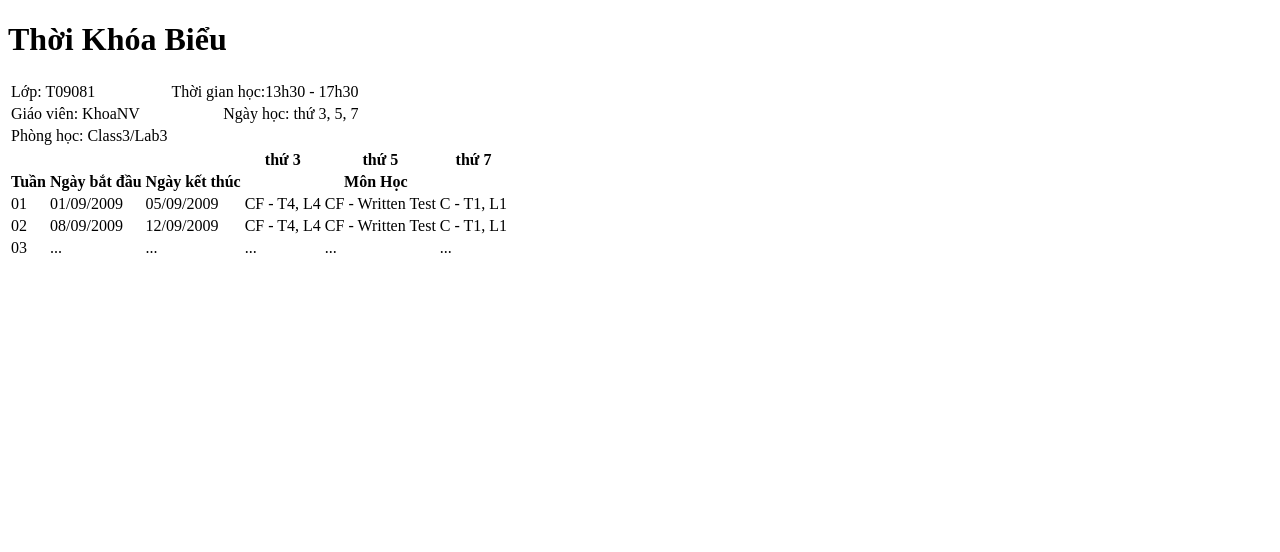
Repository: Lehuyhuynh/BT1-HTML
Page: index.html
The author's editor kept a copy of each file at every save. The page is drawn from the files as they stood at one save, then again after the next save.
The browser window is 1280 px wide. The pictures show the whole page.

Above is the page before, as saved 2023-08-06 20:57:57.
Not found: style.css

### index.html
<!-- <!DOCTYPE html>
<html lang="en">
<head>
  <meta charset="UTF-8">
  <meta name="viewport" content="width=device-width, initial-scale=1.0">
  <title>Document</title>
</head>
<body>
  <table border="1">
    <caption style="caption-side: top">ĐƠN HÀNG</caption>
    <thead>
        <tr>
            <th>STT</th>
            <th>Mặt hàng</th>
            <th>Đơn giá</th>
            <th>Số lượng</th>
            <th>Thành tiền</th>
            <th>Ghi chú</th>
        </tr>
    </thead>
    <tr>
        <td>1</td>
        <td>Mặt hàng A</td>
        <td>1000</td>
        <td>1</td>
        <td>1000</td>
        <td></td>
    </tr>
    <tr>
        <td>2</td>
        <td>Mặt hàng B</td>
        <td>2000</td>
        <td>2</td>
        <td>4000</td>
        <td></td>
    </tr>
    <tfoot>
        <tr>
            <th colspan="4">Thành tiền đơn hàng</th>
            <th colspan="2">4000</th>

        </tr>
    </tfoot>
</table>
</body>
</html> -->
<!DOCTYPE html>
<html lang="en">
<head>
    <meta charset="UTF-8">
    <meta name="viewport" content="width=device-width, initial-scale=1.0">
    <title>Thời khóa biểu</title>
    <link rel="stylesheet" href="style.css">


</head>
<body>

  <style>

<!DOCTYPE html>
<html lang="en">
<head>
    <meta charset="UTF-8">
    <meta name="viewport" content="width=device-width, initial-scale=1.0">
    <title>Thời khóa biểu</title>
    <link rel="stylesheet" href="style.css">


</head>
<body>
    <h1>
        Thời Khóa Biểu
    </h1>

    <div>
        <table id="table1">
            <tr>
                <td align="left">Lớp: T09081</td>
                <td align="right">Thời gian học:13h30 - 17h30</td>
            </tr>
            <tr>
                <td align="left">Giáo viên: KhoaNV</td>
                <td align="right">Ngày học: thứ 3, 5, 7 </td>
            </tr>
            <tr>
                <td align="left">Phòng học: Class3/Lab3</td>
            </tr>
        </table>
    </div>


    <div>
        <table id="timetable">
                <tr class="first">
                    <th colspan="3"></th>
                    <th>thứ 3</th>
                    <th>thứ 5</th>
                    <th>thứ 7</th>
                </tr>


                <tr class="first">
                    <th>Tuần</th>
                    <th>Ngày bắt đầu</th>
                    <th>Ngày kết thúc</th>
                    <th colspan="3">Môn Học</th>
                </tr>

                <tr class="first">
                    <td>01</td>
                    <td>01/09/2009</td>
                    <td>05/09/2009</td>
                    <td>CF - T4, L4</td>
                    <td>CF - Written Test</td>
                    <td>C - T1, L1</td>
                </tr>
                <tr class="first">
                    <td>02</td>
                    <td>08/09/2009</td>
                    <td>12/09/2009</td>
                    <td>CF - T4, L4</td>
                    <td>CF - Written Test</td>
                    <td>C - T1, L1</td>
                </tr>
                <tr class="first">
                    <td>03</td>
                    <td >...</td>
                    <td >...</td>
                    <td >...</td>
                    <td >...</td>
                    <td >...</td>
                </tr>
        </table>
    </div>
</body>
</html>

  </style>

    <h1>
        Thời Khóa Biểu
    </h1>

    <div>
        <table id="table1">
            <tr>
                <td align="left">Lớp: T09081</td>
                <td align="right">Thời gian học:13h30 - 17h30</td>
            </tr>
            <tr>
                <td align="left">Giáo viên: KhoaNV</td>
                <td align="right">Ngày học: thứ 3, 5, 7 </td>
            </tr>
            <tr>
                <td align="left">Phòng học: Class3/Lab3</td>
            </tr>
        </table>
    </div>


    <div>
        <table id="timetable">
                <tr class="first">
                    <th colspan="3"></th>
                    <th>thứ 3</th>
                    <th>thứ 5</th>
                    <th>thứ 7</th>
                </tr>


                <tr class="first">
                    <th>Tuần</th>
                    <th>Ngày bắt đầu</th>
                    <th>Ngày kết thúc</th>
                    <th colspan="3">Môn Học</th>
                </tr>

                <tr class="first">
                    <td>01</td>
                    <td>01/09/2009</td>
                    <td>05/09/2009</td>
                    <td>CF - T4, L4</td>
                    <td>CF - Written Test</td>
                    <td>C - T1, L1</td>
                </tr>
                <tr class="first">
                    <td>02</td>
                    <td>08/09/2009</td>
                    <td>12/09/2009</td>
                    <td>CF - T4, L4</td>
                    <td>CF - Written Test</td>
                    <td>C - T1, L1</td>
                </tr>
                <tr class="first">
                    <td>03</td>
                    <td >...</td>
                    <td >...</td>
                    <td >...</td>
                    <td >...</td>
                    <td >...</td>
                </tr>
        </table>
    </div>
</body>
</html>

After the next save:
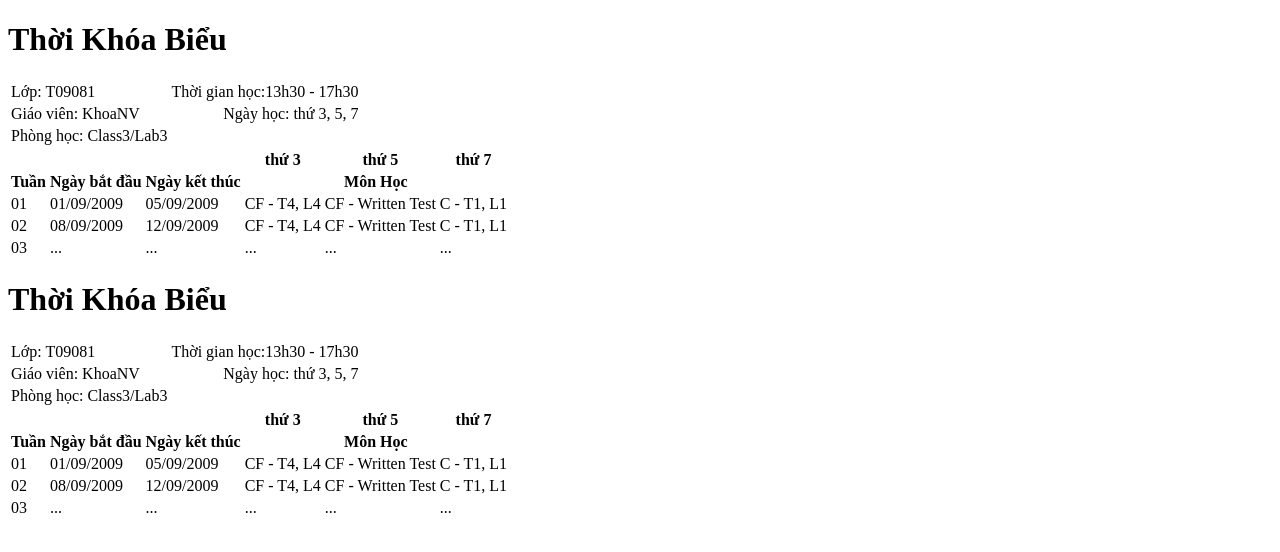
Saved 56 s later.
--- a/index.html
+++ b/index.html
@@ -44,19 +44,7 @@
 </table>
 </body>
 </html> -->
-<!DOCTYPE html>
-<html lang="en">
-<head>
-    <meta charset="UTF-8">
-    <meta name="viewport" content="width=device-width, initial-scale=1.0">
-    <title>Thời khóa biểu</title>
-    <link rel="stylesheet" href="style.css">
 
-
-</head>
-<body>
-
-  <style>
 
 <!DOCTYPE html>
 <html lang="en">
